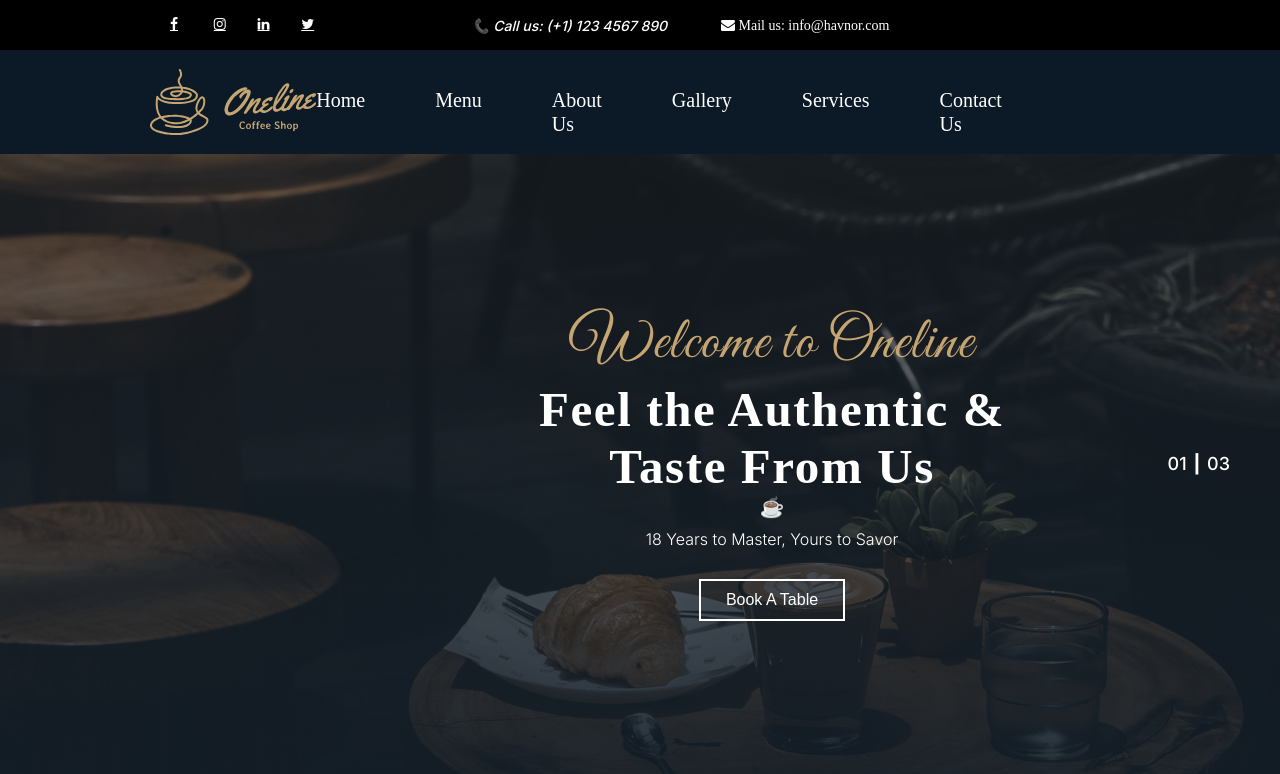
Repository: abhayzulasana/Online-Coffee-Shop
Page: index.html
These files come from the project's save history. The page is drawn as it stood at one moment and after the next save; the edit follows.
The browser window is 1280 px wide. The pictures show the whole page.

Above is the page before, as saved 2025-05-14 10:10:17.

### index.html
<!DOCTYPE html>
<html lang="en">
<head>
  <meta charset="UTF-8" />
  <meta name="viewport" content="width=device-width, initial-scale=1.0" />
  <title>Oneline Coffee Shop</title>
  <link rel="stylesheet" href="style.css" />
  <link rel="stylesheet" href="https://cdnjs.cloudflare.com/ajax/libs/font-awesome/4.7.0/css/font-awesome.min.css">

  <link rel="preconnect" href="https://fonts.googleapis.com" />
  <link rel="preconnect" href="https://fonts.gstatic.com" crossorigin />
  <link href="https://fonts.googleapis.com/css2?family=Great+Vibes&family=Inter:wght@300;500;700&display=swap" rel="stylesheet">
</head>
<body>
  <header class="top-bar">
    <div class="social-icons">
      <a href="#" class="fa fa-facebook"></a>
      <a href="#" class="fa fa-instagram"></a>
      <a href="#" class="fa fa-linkedin"></a>
      <a href="#" class="fa fa-twitter"></a>

    </div>
    <div class="contact-info">
      <i class="call"> 📞   Call us: (+1) 123 4567 890</i>
      <i class="fa fa-envelope">    Mail us: info@havnor.com</i>

    </div>
  </header>

  <nav class="navbar">
    <div class="logo">
      <img src="img/cafelogo.svg">
      <!-- <span>☕</span>
      <span class="logo-text">Oneline <small>Coffee Shop</small></span> -->
    </div>
    <ul class="nav-links">
      <li>Home</li>
      <li>Menu</li>
      <li>About Us</li>
      <li>Gallery</li>
      <li>Services</li>
      <li>Contact Us</li>
    </ul>
  </nav>

  <section class="hero">
    <div class="hero-content">
  <center>
      <h2>Welcome to Oneline</h2>
      <h1>Feel the Authentic & Taste From Us</h1>
      <div class="divider">☕</div>
      <p>18 Years to Master, Yours to Savor</p>
      <button>Book A Table</button>
    </div>
  </center>
    <div class="scroll-number">
      <span>01</span>
      <span>┃</span>
      <span>03</span>
    </div>
  </section>
</body>
</html>

### style.css
/* Reset & Base */
* {
    margin: 0;
    padding: 0px;
    box-sizing: border-box;
  }

  body {
    font-family: 'Inter', sans-serif;
    color: white;
    /* margin-left:90px; */
    height: 100vh;
  }

  /* Top Bar */
  .top-bar {
    top: 0px;
    width: 100%;
    height: 50px;
    background-color: #000;
    color: white;
    display: flex;
    justify-content: space-between;
    padding: 10px 30px;
    font-size: 14px;

  }

  .social-icons a {
    margin-top:7px;
    width:40px;
    height: 17px;

    /* margin-right: 10px; */
    color: white;
    /* margin-left: 0px; */
    /* gap: 10px; */
  }
  .fa-facebook{
    margin-left: 140px;
  }
  .contact-info{
      display: flex;
      gap: 40px;
      margin-right: 320px;
      font-family: 'Inter', sans-serif;

      align-items: center;

  }
  .call{
      /* gap: 70px; */
      font-family: 'Inter', sans-serif;

      /* font: normal normal medium 16px/19px Montserrat; */
      width: 209px;
  }
  .fa-envelope{
    width: 209px;
    font-family: 'Inter', sans-serif;

  }

  /* Navbar */
  .navbar {
    top: 47px;
    margin-left: 0px;
    width: 100%;
    height: 104px;
    background-color: #0c1a28;
    display: flex;
    justify-content: space-between;
    text-align: left;
    /* align-items: center; */
    padding: 15px 50px;
  }

  .logo {
    display: flex;
    align-items: center;
    font-size: 70px;
    /* color: #C5A572; */
  }
.logo img{
  margin-left: 100px;
}
  /* .logo span{
    margin-left: 50px;
    color: #C5A572;
  } */
  .logo-text {
    top: 81px;
    width: 92px;
    height: px;
    color: #C5A572;
    font-family: 'Great Vibes', cursive;
    margin-left: 210px;
    font-size: 45px;
  }

  .logo-text small {
    display: block;
    font-size: 12px;
    font-family: 'Inter', sans-serif;
  }

  .nav-links {
    /* margin-left: 57px; */
    margin-right: 290px;
    margin-top: 23px;
    height: 24px;
    list-style: none;
    display: flex;
    gap: 70px;
    /* text-align: left; */
    font: normal normal normal 20px/24px Montserrat;
    color: #FFFFFF;
    opacity: 1;
  }

  .nav-links li {
    cursor: pointer;
  }

  /* Hero Section */
  .hero {
    top: 151px;
    left: 0px;
    width: 100%;
    height: 500px;
    display: flex;
    justify-content: space-between;
    align-items: center;
    height: calc(100vh - 100px);
    padding: 0 50px;
    background: url('img/bgcafe.png');
  background-repeat: no-repeat;
  background-size: cover;
  background-position: center;
  }

  .hero-content {
    top: 398px;
    margin-left: 427px;
    width: 857px;
    height: 317px;
    max-width: 50%;
  }

  .hero-content h2 {
    /* text-align: left; */
    font: normal normal normal 60px/75px Great Vibes;
    letter-spacing: 1.2px;
    color: #C5A572;

  }

  .hero-content h1 {
    font: normal normal normal ;
    font-family:Bellefair;
    font-size: 49px;
    letter-spacing: 1.6px;

    /* margin-bottom: 20px; */
  }

  .divider {
    font-size: 20px;
    color: #d4af37;
    margin-bottom: 10px;
  }

  .hero-content p {
    margin-bottom: 30px;
    font-weight: 300;
  }

  .hero-content button {
    padding: 10px 25px;
    font-size: 16px;
    background-color: transparent;
    border: 2px solid white;
    color: white;
    cursor: pointer;
    transition: 0.3s;
  }

  .hero-content button:hover {
    background-color: white;
    color: #000;
  }

  .scroll-number {
    text-align: center;
    font-size: 18px;
    line-height: 1.8;
  }

After the next save:
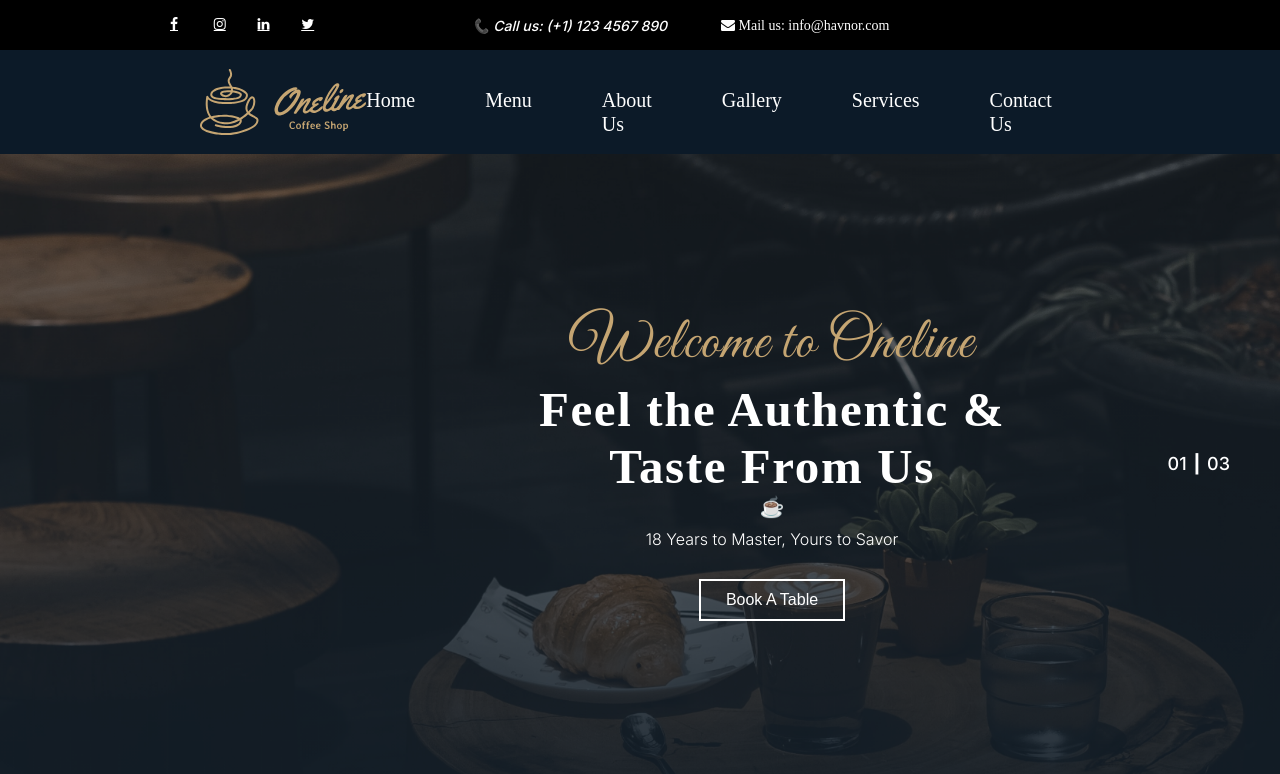
Saved 7 s later.
--- a/style.css
+++ b/style.css
@@ -82,7 +82,7 @@
     /* color: #C5A572; */
   }
 .logo img{
-  margin-left: 100px;
+  margin-left: 150px;
 }
   /* .logo span{
     margin-left: 50px;
